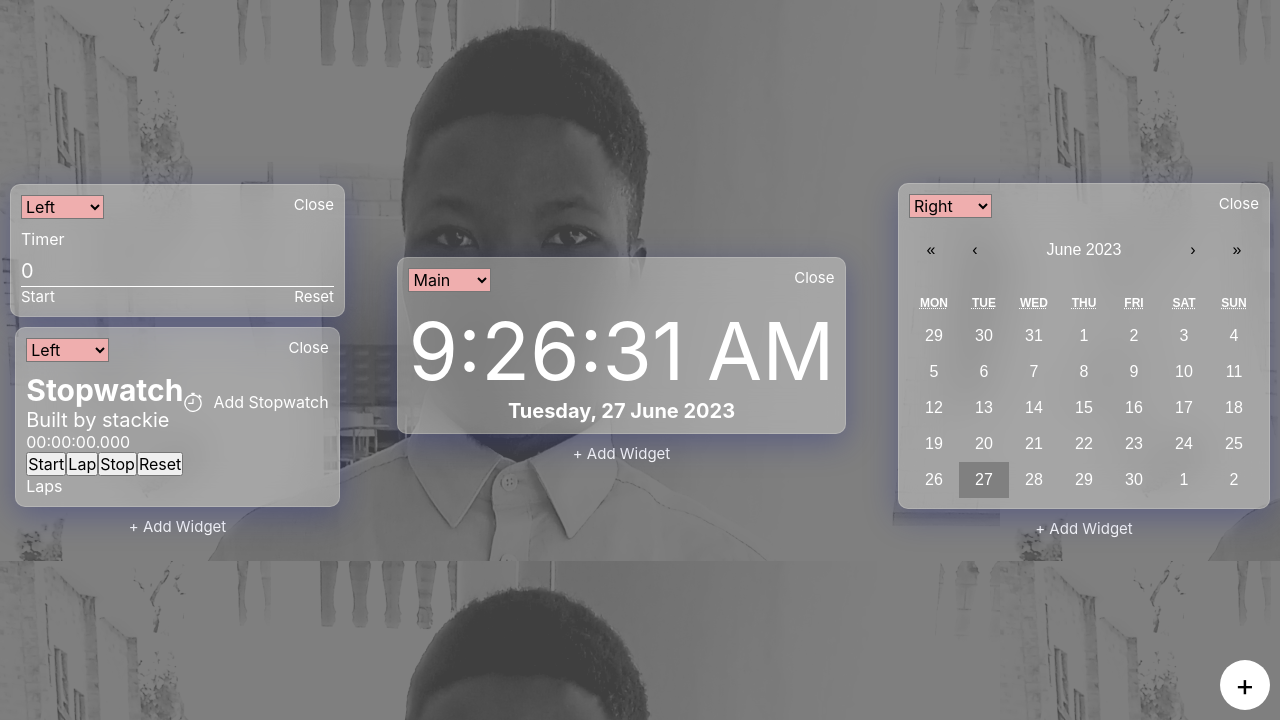
Repository: Angera-Silas/Planner-app
Page: /
An editor plug-in stored every save of this project. The page is shown before and after a run of saves, followed by the edit.
The browser window is 1280 px wide. The pictures show the whole page.
The project was rebuilt for these pictures with package versions that can differ from the ones it lists, and the page was loaded fresh each time. Also part of the build but not shown: src/widgets/ReminderListWidget.js, src/modals/WidgetGalleryModal.js.

Above is the page before, as saved 2023-06-27 17:31:11.

After the next 5 saves:
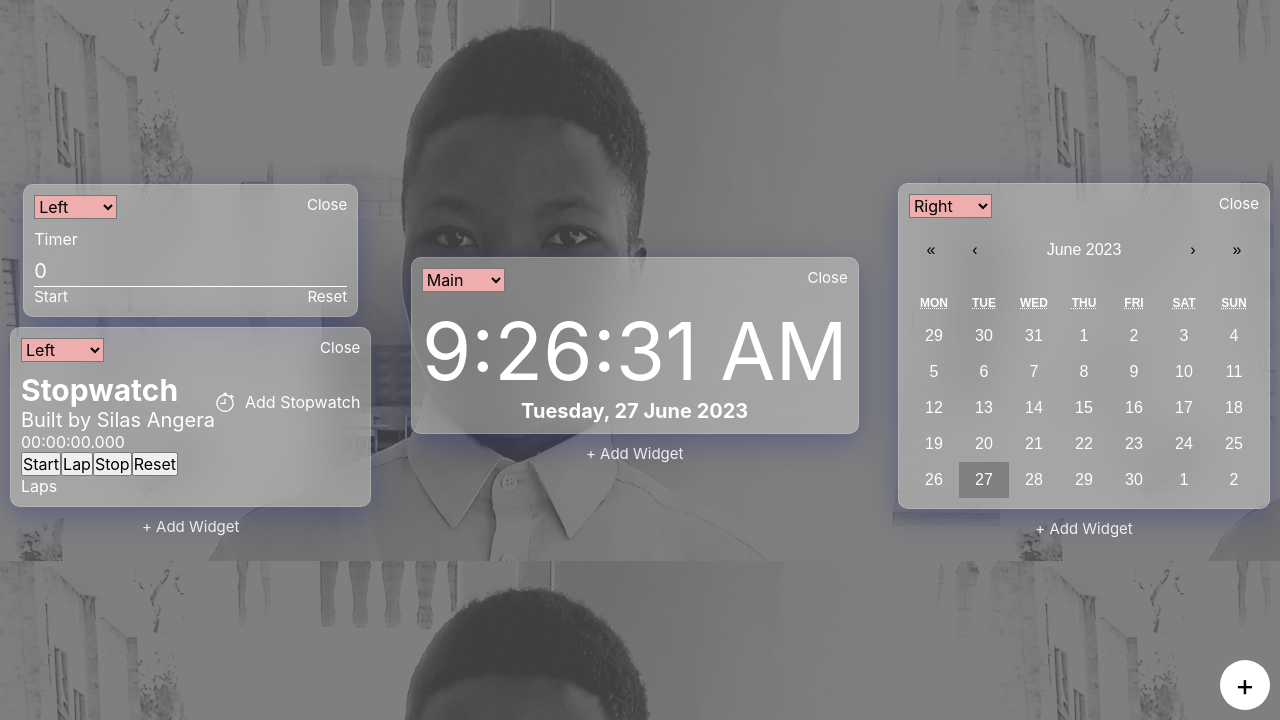
The 5 saves are shown as one change because they came seconds apart.
The last was saved 51 s later.
--- a/src/widgets/MyCustomWidget.js
+++ b/src/widgets/MyCustomWidget.js
@@ -58,7 +58,7 @@ export default function MyCustomWidget() {
        <div style={{ display: "flex", alignItems: "center", flexDirection: "row", justifyContent: "space-between", width: "100%" }}>
       <div style={{ textAlign: "left" }}>
        <h1 style={{ fontWeight: "bold", fontSize: 30 }}>Stopwatch</h1>
-       <p style={{ fontWeight: "normal", fontSize: 20 }}>Built by stackie</p>
+       <p style={{ fontWeight: "normal", fontSize: 20 }}>Built by Silas Angera</p>
       </div>
       <div style={{ cursor: "pointer", alignItems: "center", display: "flex", flexDirection: "row", gap: 10 }} onClick={() => setStopwatchData([...stopwatchData, { id: stopwatchData.length, name: `Timer ${stopwatchData.length + 1}`, time: 0, isRunning: false, lap: [], pause: [] }])}>
        <BsStopwatch size={20} color={"white"} />
